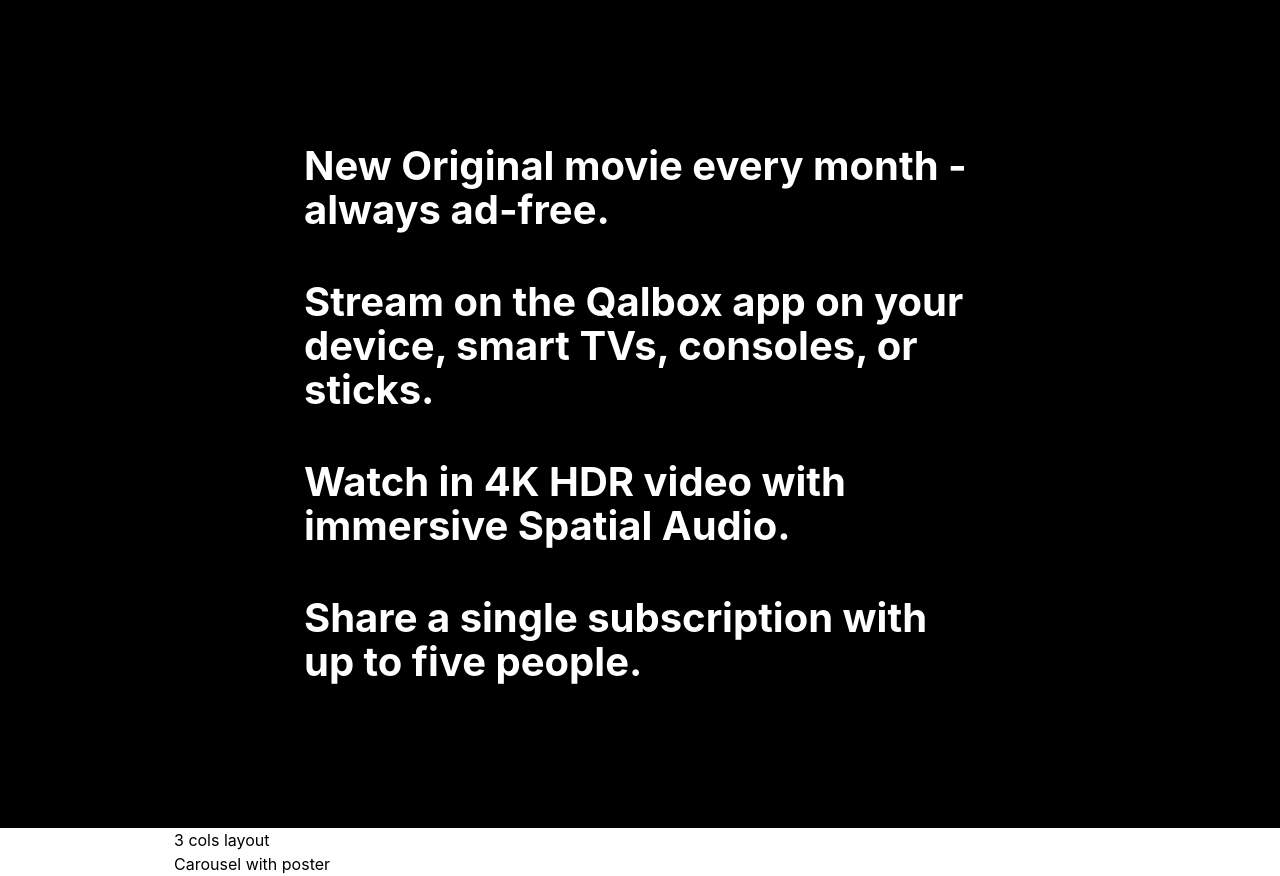
Repository: iqmalr/qalbox-rebuild
Page: /
The author's editor kept a copy of each file at every save. The page is drawn from the files as they stood at one save, then again after the next save.
The browser window is 1280 px wide. The pictures show the part of the page from y = 720 to 1596 px (the page is 1596 px tall before and 1440 px after).
Some web fonts or font styles are not loaded; a fallback is used. The project was rebuilt for these pictures with package versions that can differ from the ones it lists, and the page was loaded fresh each time. Also part of the build but not shown: vite.config.ts. Imported but missing from the stored project, and not drawn on this page: src/assets/Hero.mp4.

Above is the page before, as saved 2024-09-16 14:30:10.

### src/App.tsx
import { CustomContainer } from "./components/CustomContainer";
import { Headers } from "./components/Headers";
import { Hero } from "./components/sections/Hero";
import { USPS } from "./components/sections/USPS";

function App() {
  return (
    <>
      <Headers />
      <main>
        <div className="bg-background">
          <Hero />
          <USPS />
        </div>
        <div>
          <CustomContainer>3 cols layout</CustomContainer>
        </div>
        <div>
          <CustomContainer>Carousel with poster</CustomContainer>
        </div>
      </main>
    </>
  );
}

export default App;

### src/index.css
@tailwind base;
@tailwind components;
@tailwind utilities;
@font-face {
  font-family: "SF Pro Display";
  src: url("/assets/font/SFProDisplay-Regular.ttf") format("truetype");
  font-weight: 400;
  font-style: normal;
}

@font-face {
  font-family: "SF Pro Display";
  src: url("/assets/fonts/SFProDisplay-Bold.ttf") format("truetype");
  font-weight: 700;
  font-style: normal;
}

body {
  font-family: "SF Pro Display", sans-serif;
}
@layer {
  :root {
    --header-row-height: 44px;
    --header-height: calc(var(--header-row-height) * 2);
    --hero-height: calc(100svh - var(--header-height));
  }
}

### src/components/CustomContainer.tsx
import React from "react";
import { twMerge } from "tailwind-merge";
type Props = {
  children: React.ReactNode;
  className?: string;
};

export const CustomContainer = ({ children, className }: Props) => {
  return (
    <div className={twMerge("mx-auto max-w-[980px] px-6", className)}>
      {children}
    </div>
  );
};

### src/components/Headers.tsx
import QalboxSVGIcon from "../assets/QalboxSVG";
import { Button } from "./Button";
import { CustomContainer } from "./CustomContainer";

export const Headers = () => {
  return (
    <>
      <header className="top-0 z-20 bg-backgroundContrast text-white">
        <CustomContainer className="flex h-[--header-row-height] items-center">
          <a
            href="/"
            className="-ml-6 flex h-[--header-row-height] items-center px-6 text-21"
          >
            <QalboxSVGIcon />
            <span>Back to homepage</span>
          </a>
        </CustomContainer>
      </header>
      <div className="sticky top-0 z-20 bg-backgroundContrast text-white">
        <CustomContainer className="flex h-[--header-row-height] items-center justify-between">
          <p className="text-21 font-semibold">Qalbox App +</p>
          <Button size="small">Stream now</Button>
        </CustomContainer>
      </div>
    </>
  );
};

### src/components/sections/Hero.tsx
import { motion, useScroll, useTransform } from "framer-motion";
import { lazy, useEffect, useRef } from "react";
import videoSrc from "../../assets/Hero.mp4";
const CustomContainer = lazy(() =>
  import("../CustomContainer").then((module) => ({
    default: module.CustomContainer,
  })),
);
export const Hero = () => {
  const videoContainerRef = useRef<HTMLDivElement>(null);
  const videoRef = useRef<HTMLVideoElement>(null);

  const { scrollYProgress } = useScroll({
    target: videoContainerRef,
    offset: ["start start", "end end"],
  });
  const opacity = useTransform(scrollYProgress, [0, 0.7, 1], [1, 1, 0]);

  useEffect(() => {
    const videoContainer = videoContainerRef.current;
    const video = videoRef.current;
    if (!videoContainer || !video) return;

    const observer = new IntersectionObserver(
      (entries) => {
        entries.forEach((entry) => {
          if (entry.isIntersecting) {
            video.play().catch(() => {
              console.error("Autoplay was prevented");
            });
          } else {
            video.pause();
          }
        });
      },
      { threshold: 0.5 },
    );

    observer.observe(videoContainer);

    return () => {
      observer.unobserve(videoContainer);
    };
  }, []);
  return (
    <div className="relative bg-background text-white">
      <motion.div
        style={{ opacity }}
        ref={videoContainerRef}
        className="absolute -top-[--header-height] left-0 h-[200vh] w-full"
      >
        <video
          ref={videoRef}
          className="sticky top-0 h-screen w-full object-cover"
          src={videoSrc}
          muted
          playsInline
          loop
        />
      </motion.div>
      <CustomContainer className="relative z-10 h-[--hero-height] pb-7">
        <motion.div
          className="flex h-full flex-col items-center justify-end text-center"
          variants={{
            hidden: { opacity: 0 },
            visible: { opacity: 1 },
          }}
          whileInView="visible"
          exit="hidden"
          animate="hidden"
          viewport={{ amount: 0.98 }}
        >
          <h1 className="mb-5 text-40 font-bold md:text-72">
            The Heart of <br />
            Muslim Entertainment.
          </h1>
          <h1 className="mb-5">
            *After your free trial, enjoy both Qalbox and Muslim Pro from
            S$8.33/month onwards. Cancel anytime.
          </h1>
          <h1 className="mb-5">
            Ready to watch? Enter your email to create or restart your
            membership.
          </h1>
          <div className="flex h-[58px] w-[480px] flex-row text-21">
            <div className="flex basis-3/4 items-center bg-white text-textBlack">
              <p className="p-5">Email Address</p>
              <p></p>
            </div>
            <button className="basis-1/4 bg-primary">Mulai</button>
          </div>
        </motion.div>
      </CustomContainer>
    </div>
  );
};

### src/components/sections/USPS.tsx
import { CustomContainer } from "../CustomContainer";
import { FadeIn } from "../FadeIn";

export const USPS = () => {
  return (
    <CustomContainer className="relative z-10 max-w-[720px] space-y-12 py-36 font-bold text-white">
      <FadeIn className="text-40">
        New Original movie every month - always ad-free.
      </FadeIn>
      <FadeIn className="text-40">
        Stream on the Qalbox app on your device, smart TVs, consoles, or sticks.
      </FadeIn>
      <FadeIn className="text-40">
        Watch in 4K HDR video with immersive Spatial Audio.
      </FadeIn>
      <FadeIn className="text-40">
        Share a single subscription with up to five people.
      </FadeIn>
    </CustomContainer>
  );
};

### src/assets/icons/QalboxSVG.tsx
const QalboxSVGIcon = () => {
  return (
    <svg
      width="24"
      height="24"
      viewBox="0 0 24 24"
      fill="none"
      xmlns="http://www.w3.org/2000/svg"
    >
      <path
        id="Vector_2"
        d="M6.37981 3.25561C7.28357 4.15908 7.28357 5.61977 6.37981 6.52325C5.47606 7.42673 4.01493 7.42673 3.11117 6.52325C2.20742 5.61977 2.20742 4.15908 3.11117 3.25561C4.01493 2.35213 5.47606 2.35611 6.37981 3.25561ZM19.2673 13.962C18.9368 15.1958 19.6694 16.4615 20.8996 16.7918C22.1338 17.1222 23.3998 16.3899 23.7303 15.16C24.0607 13.9262 23.3282 12.6605 22.098 12.3302C20.8638 11.9998 19.5977 12.7322 19.2673 13.962ZM19.2673 9.97796C19.5977 11.2118 20.8638 11.9401 22.098 11.6098C23.3322 11.2794 24.0607 10.0138 23.7303 8.77995C23.3998 7.54613 22.1338 6.81778 20.8996 7.14812C19.6654 7.47847 18.9368 8.74413 19.2673 9.97796ZM17.2726 6.52325C18.1764 7.42673 19.6375 7.42673 20.5413 6.52325C21.445 5.61977 21.445 4.15908 20.5413 3.25561C19.6375 2.35213 18.1764 2.35213 17.2726 3.25561C16.3689 4.15908 16.3689 5.62375 17.2726 6.52325ZM8.63322 0.067566C7.39902 0.397912 6.67045 1.66358 7.00089 2.8974C7.33134 4.13122 8.59739 4.85958 9.83159 4.52923C11.0658 4.19888 11.7944 2.93322 11.4639 1.6994C11.1335 0.469554 9.86742 -0.26278 8.63322 0.067566ZM13.8208 4.52923C15.055 4.85958 16.3211 4.12724 16.6515 2.8974C16.982 1.66358 16.2494 0.397912 15.0192 0.067566C13.789 -0.26278 12.519 0.469554 12.1885 1.6994C11.8541 2.93322 12.5866 4.19888 13.8208 4.52923ZM23.8099 21.3331C23.8099 20.6844 23.5949 20.4694 22.934 19.8087L20.5413 17.4167C19.6375 16.5132 18.1764 16.5132 17.2726 17.4167C16.3689 18.3202 16.3689 19.7809 17.2726 20.6844L19.6654 23.0764C20.3263 23.7371 20.5453 23.952 21.1902 23.952H23.0375C23.4635 23.952 23.8059 23.6057 23.8059 23.1838L23.8099 21.3331ZM6.41166 3.29939C7.31144 4.19888 7.31144 5.65559 6.41166 6.55509C5.51189 7.45459 4.05474 7.45459 3.15497 6.55509C2.25519 5.65559 2.25519 4.19888 3.15497 3.29939C4.05076 2.39989 5.51189 2.39989 6.41166 3.29939ZM19.2513 13.97C18.9209 15.1998 19.6495 16.4615 20.8797 16.7879C22.1099 17.1182 23.372 16.3899 23.6984 15.16C24.0289 13.9302 23.3003 12.6685 22.0701 12.3421C20.8438 12.0118 19.5818 12.7401 19.2513 13.97ZM19.2513 9.99786C19.5818 11.2277 20.8438 11.9561 22.0701 11.6257C23.3003 11.2954 24.0289 10.0337 23.6984 8.80781C23.368 7.58195 22.1059 6.84962 20.8797 7.17996C19.6534 7.50633 18.9249 8.76801 19.2513 9.99786ZM17.2647 6.55509C18.1644 7.45459 19.6216 7.45459 20.5214 6.55509C21.4211 5.65559 21.4211 4.19888 20.5214 3.29939C19.6216 2.39989 18.1644 2.39989 17.2647 3.29939C16.3649 4.19888 16.3649 5.65559 17.2647 6.55509ZM8.65711 0.123287C7.42689 0.453634 6.69832 1.71532 7.02876 2.94118C7.35921 4.16704 8.62128 4.89938 9.84752 4.56903C11.0777 4.23869 11.8063 2.977 11.4759 1.75114C11.1494 0.521295 9.88733 -0.207059 8.65711 0.123287ZM13.8248 4.56903C15.055 4.89938 16.3171 4.17102 16.6436 2.94118C16.9701 1.71134 16.2455 0.449654 15.0152 0.123287C13.785 -0.207059 12.5229 0.521295 12.1965 1.75114C11.87 2.98098 12.5946 4.24267 13.8248 4.56903ZM23.782 21.3132C23.782 20.6684 23.5671 20.4535 22.9062 19.7928L20.5214 17.4088C19.6216 16.5093 18.1644 16.5093 17.2647 17.4088C16.3649 18.3083 16.3649 19.765 17.2647 20.6645L19.6495 23.0485C20.3104 23.7092 20.5253 23.9241 21.1703 23.9241H23.0137C23.4357 23.9241 23.782 23.5819 23.782 23.156V21.3132ZM14.9038 23.3988C15.8871 23.1361 16.4684 22.1252 16.2056 21.1421C15.9429 20.159 14.9316 19.5779 13.9482 19.8406C12.5906 20.2028 11.1534 20.2107 9.79178 19.8605C8.39435 19.4983 7.10839 18.766 6.08122 17.7351C5.05404 16.7083 4.3175 15.4267 3.95919 14.0257C3.60883 12.6645 3.61281 11.2317 3.97511 9.87447C4.23788 8.8914 3.65263 7.88046 2.66925 7.62175C1.68587 7.35907 0.674621 7.94414 0.415837 8.92722C-0.109694 10.8934 -0.117657 12.9789 0.391949 14.9491C0.917479 16.9829 1.98447 18.8456 3.47745 20.3381C4.97043 21.8306 6.83766 22.8973 8.8721 23.4227C9.84354 23.6734 10.8389 23.7968 11.8342 23.7968C12.8693 23.8008 13.9005 23.6654 14.9038 23.3988Z"
        fill="currentColor"
      />
    </svg>
  );
};

export default QalboxSVGIcon;

### src/components/Button.tsx
import { twMerge } from "tailwind-merge";

type Props = {
  children: React.ReactNode;
  size?: "small" | "medium" | "large";
  className?: string;
};
export const Button = ({ children, size = "medium", className }: Props) => {
  const sizeClassNames: Record<"small" | "medium" | "large", string> = {
    // 12px
    small: "text-xs px-2 py-1",
    // 14px
    medium: "text-sm px-5 py-3",
    // 17px
    large: "text-lg px-8 py-5",
  };
  return (
    <button
      className={twMerge(
        "rounded-full bg-white text-textBlack",
        sizeClassNames[size],
        className,
      )}
    >
      {children}
    </button>
  );
};

### src/components/FadeIn.tsx
import { motion } from "framer-motion";
import { twMerge } from "tailwind-merge";

type Props = {
  children: React.ReactNode;
  className?: string;
};
export const FadeIn = ({ children, className }: Props) => {
  return (
    <motion.div
      initial={{ opacity: 0, y: 20 }}
      whileInView={{ opacity: 1, y: 0 }}
      className={twMerge("", className)}
    >
      {children}
    </motion.div>
  );
};

### tailwind.config.ts
/** @type {import('tailwindcss').Config} */
export default {
  content: ["./index.html", "./src/**/*.{js,ts,jsx,tsx}"],
  theme: {
    colors: {
      background: "#000",
      backgroundContrast: "#111",
      textBlack: "#1d1d1f",
      white: "#fff",
    },
    fontFamily: {
      sans: ["SF Pro Display"],
    },
    fontSize: {
      "12": "0.75rem",
      "14": "0.875rem",
      "17": "1.0625rem",
      "19": ["1.1875rem", "1.21"],
      "21": "1.3125rem",
      "24": "1.5rem",
      "28": "1.75rem",
      "40": ["2.5rem", "1.1"],
      "72": ["4.5rem", "1.05"],
    },
    extend: {},
  },
  plugins: [],
};

Loaded but not shown: index.html (common file); src/main.tsx (common file)

After the next save:
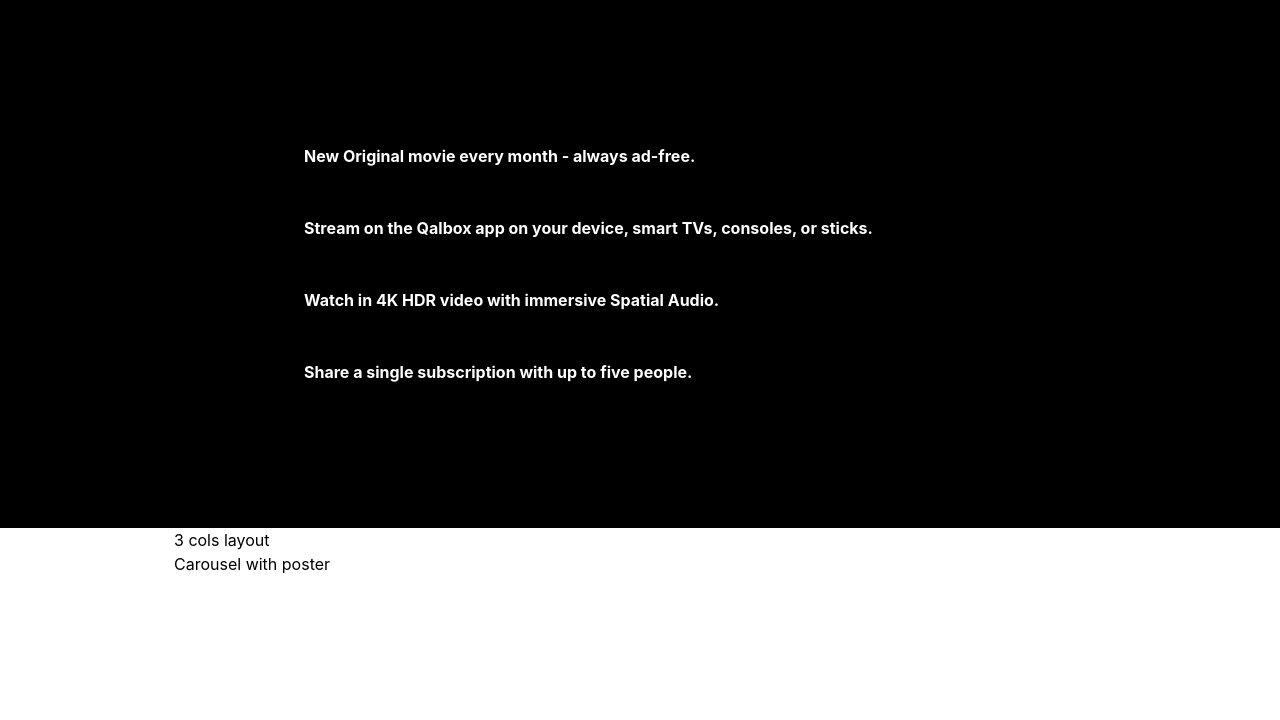
Saved 47 s later.
--- a/src/components/FadeIn.tsx
+++ b/src/components/FadeIn.tsx
@@ -1,5 +1,4 @@
 import { motion } from "framer-motion";
-import { twMerge } from "tailwind-merge";
 
 type Props = {
   children: React.ReactNode;
@@ -10,7 +9,7 @@
     <motion.div
       initial={{ opacity: 0, y: 20 }}
       whileInView={{ opacity: 1, y: 0 }}
-      className={twMerge("", className)}
+      //   className={twMerge("", className)}
     >
       {children}
     </motion.div>

After the save that followed:
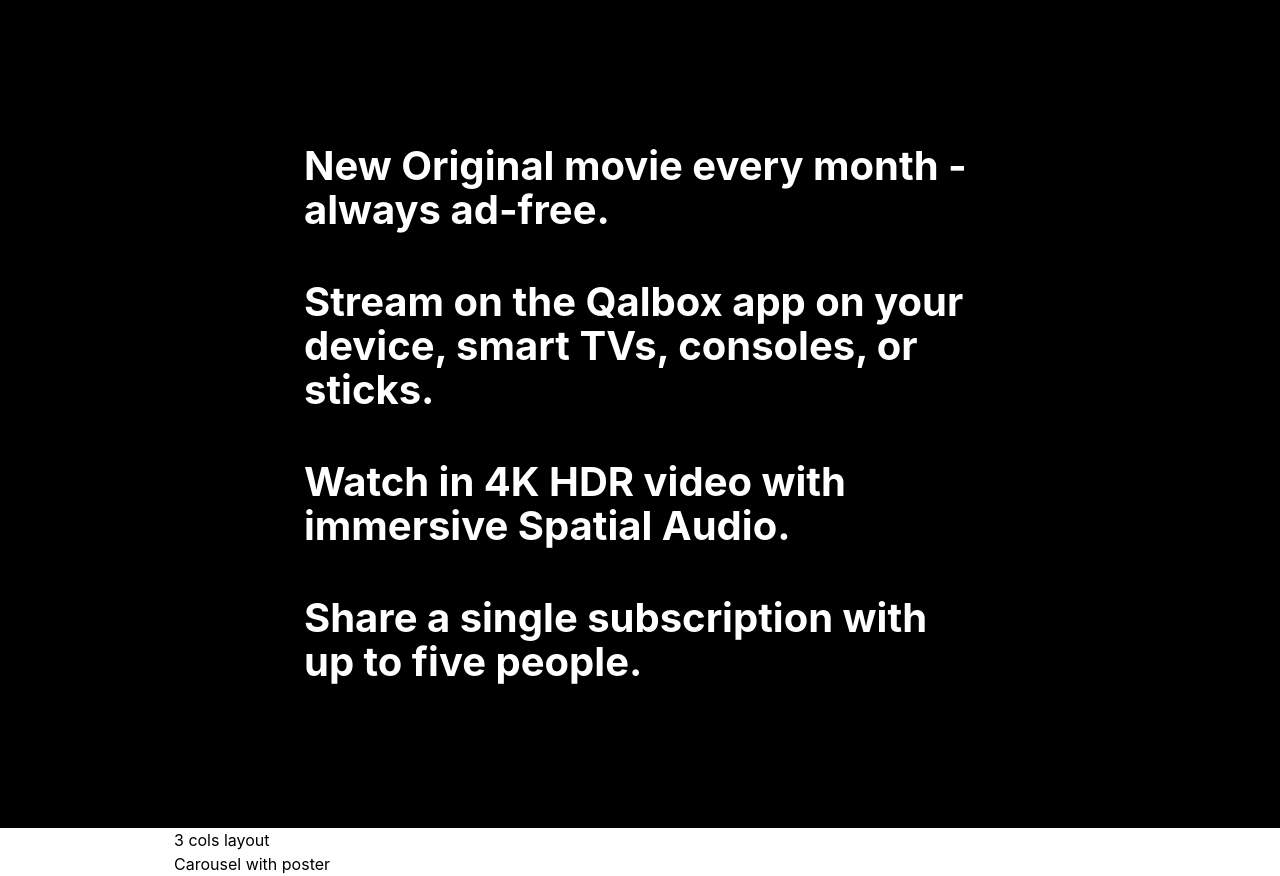
Saved 54 s later.
--- a/src/components/FadeIn.tsx
+++ b/src/components/FadeIn.tsx
@@ -1,4 +1,5 @@
 import { motion } from "framer-motion";
+import { twMerge } from "tailwind-merge";
 
 type Props = {
   children: React.ReactNode;
@@ -9,7 +10,7 @@
     <motion.div
       initial={{ opacity: 0, y: 20 }}
       whileInView={{ opacity: 1, y: 0 }}
-      //   className={twMerge("", className)}
+      className={twMerge("", className)}
     >
       {children}
     </motion.div>
